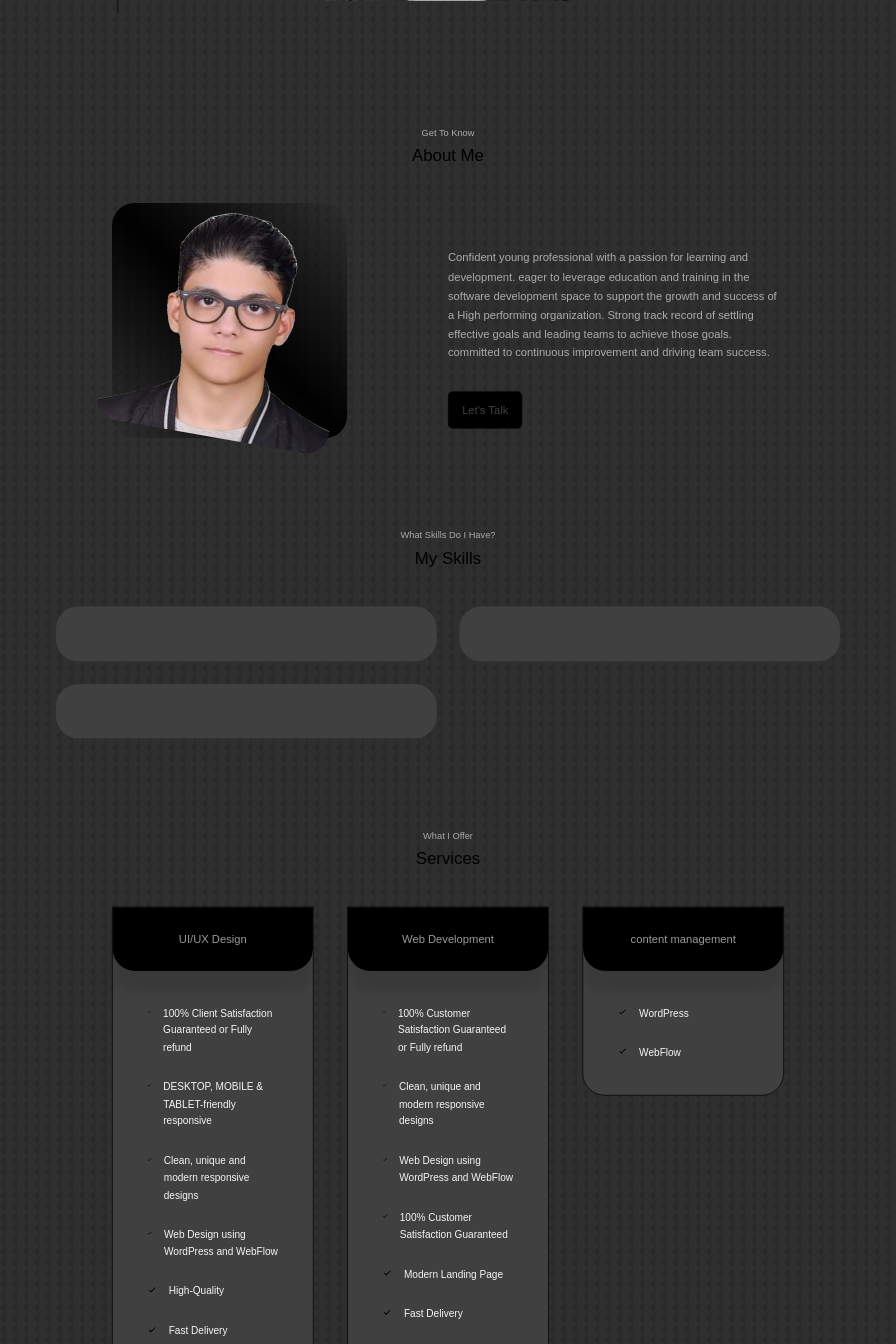
Repository: Z-Bahaa/project_joker_react_portfolio
Page: /
These files come from the project's save history. The page is drawn as it stood at one moment and after the next save; the edit follows.
The browser window is 1280 px wide. The pictures show the part of the page from y = 813 to 2733 px (the page is 5032 px tall), at 70% of full size.
Some web fonts or font styles are not loaded; a fallback is used. The project was rebuilt for these pictures with package versions that can differ from the ones it lists, and the page was loaded fresh each time. Imported but missing from the stored project, and not drawn on this page: src/assets/resume.pdf.

Above is the page before, as saved 2023-08-20 23:55:44.

After the next save:
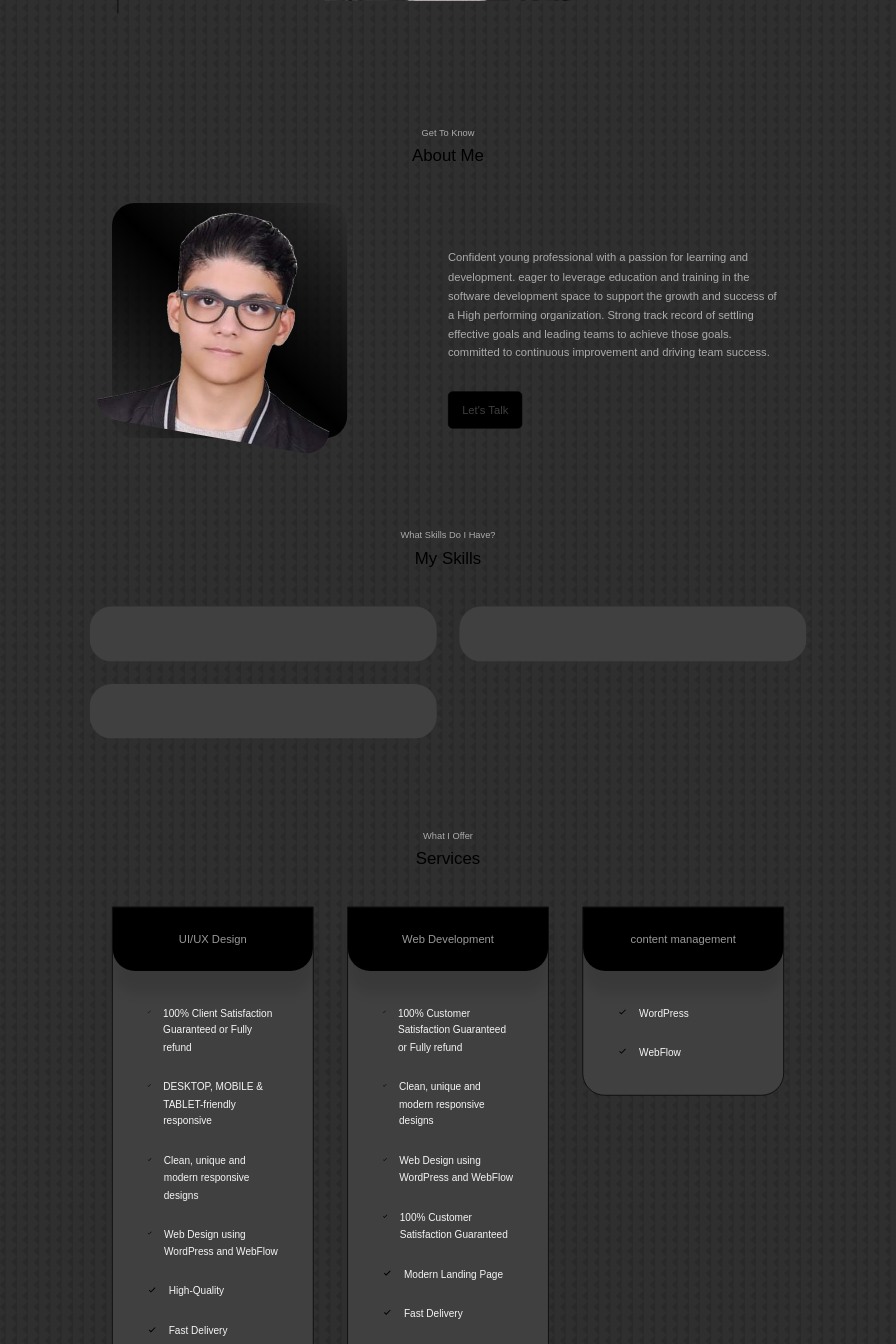
Saved 9 s later.
--- a/src/components/experience/experience.css
+++ b/src/components/experience/experience.css
@@ -3,7 +3,7 @@
   grid-template-columns: 1fr 1fr;
   justify-content: center;
   gap: 2rem;
-  margin-inline: 5rem;
+  margin-inline: 8rem;
 }
 
 .experience__container > div {
